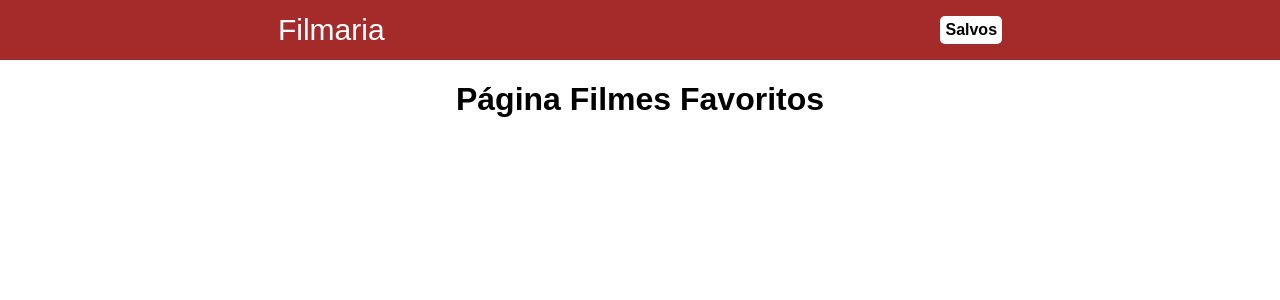
Repository: joaoaspimienta/Projeto-Filmaria
Page: /favoritos
The author's editor kept a copy of each file at every save. The page is drawn from the files as they stood at one save, then again after the next save.
The browser window is 1280 px wide. The pictures show the whole page.
The project was rebuilt for these pictures with package versions that can differ from the ones it lists, and the page was loaded fresh each time. Also part of the build but not shown: src/pages/Home/home.css, src/services/api.js, src/pages/Home/index.js, src/pages/Filme/filme-info.css, src/pages/Filme/index.js.

Above is the page before, as saved 2022-04-15 18:36:00.

After the next save:
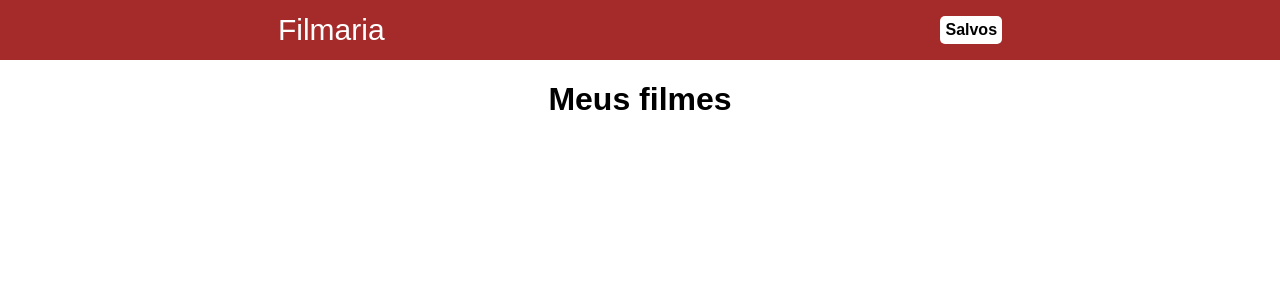
Saved 76 min 34 s later.
--- a/src/pages/favoritos/index.js
+++ b/src/pages/favoritos/index.js
@@ -1,7 +1,32 @@
+import { useEffect, useState } from "react"
+import { Link } from "react-router-dom"
+
 export default function Favoritos(){
+  const [filmes, setFilmes] = useState([])
+
+  useEffect(()=>{
+    const minhaLista = localStorage.getItem('filmes')
+    setFilmes(JSON.parse(minhaLista) || [])
+  }, [])
+
   return(
-    <div>
-      <h1>Página Filmes Favoritos</h1>
+    <div id="meus-filmes">
+      <h1>Meus filmes</h1>
+
+      <ul>
+        {filmes.map((item)=>{
+          return(
+            <li key={item.id}>
+              <span>{item.nome}</span>
+
+              <div>
+                <Link to={`/filmes/${item.id}`}>Ver detalhes</Link>
+                <button onClick={()=>{}}>Excluir</button>
+              </div>
+            </li>
+          )
+        })}
+      </ul>
     </div>
   )
 }
